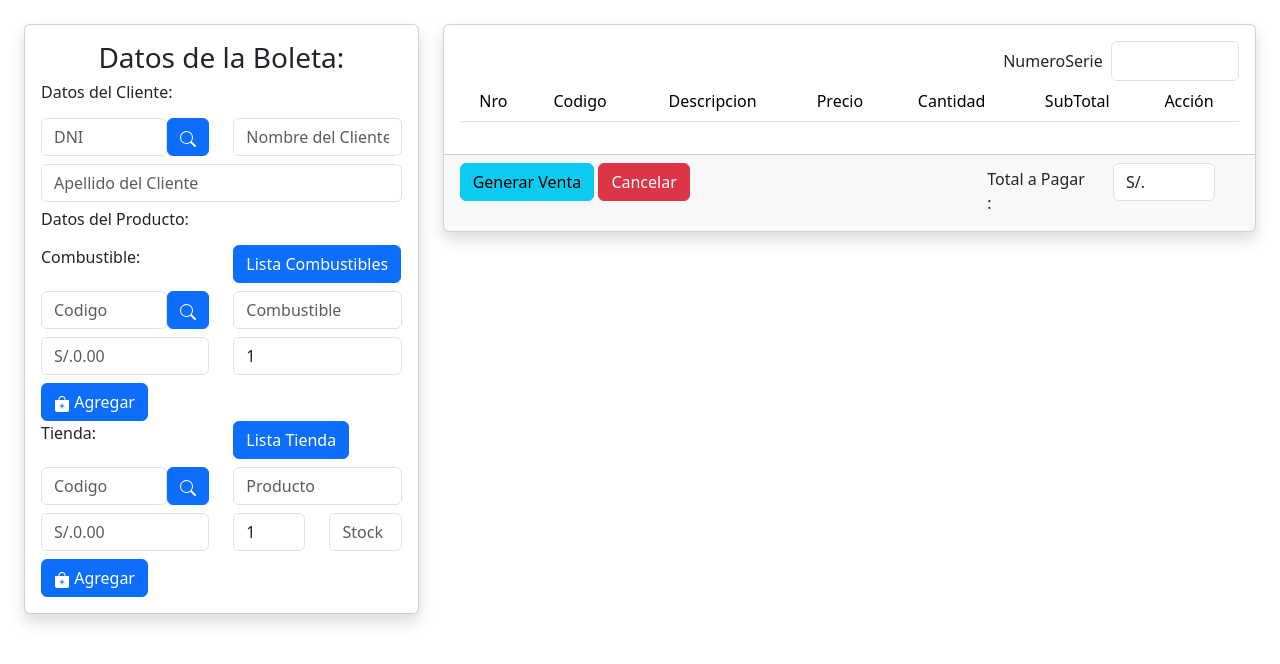
Repository: alexpool1122/evaluaciones
Page: http://localhost/Centenario2023/Ventas.jsp
These files come from the project's save history. The page is drawn as it stood at one moment and after the next save; the edit follows.
The browser window is 1280 px wide. The pictures show the whole page.
The page is served by Tomcat 10. The template is opened directly, without the code that normally fills it, so the values that code supplies are empty.

Above is the page before, as saved 2023-06-29 19:10:48.

After the next save:
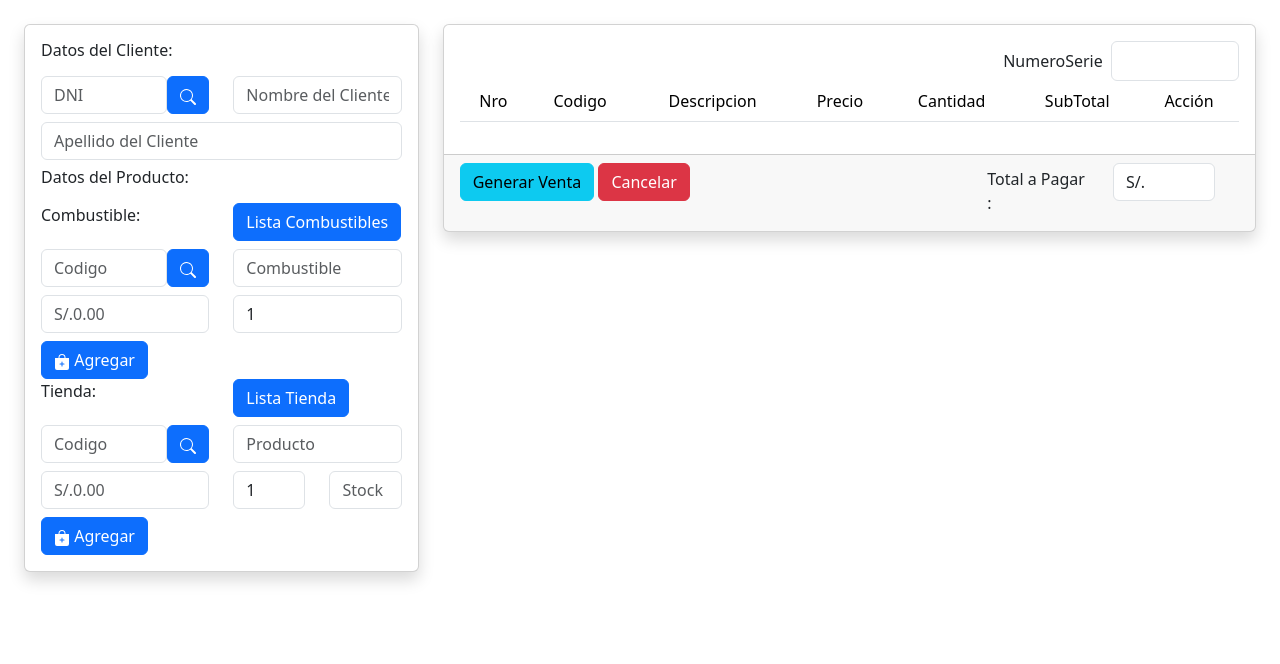
Saved 8 s later.
--- a/ProyectoFinal/Proyecto/Centenario2023/src/main/webapp/Ventas.jsp
+++ b/ProyectoFinal/Proyecto/Centenario2023/src/main/webapp/Ventas.jsp
@@ -36,7 +36,6 @@
 			<div class="col-4">
 				<div class="card shadow">
 					<div class="card-body">
-						<h3 class="text-center">Datos de la Boleta:</h3>
 						<form action="Controlador?menu=Venta" method="post">
 							<div class="form-group row mb-2">
 								<h6>Datos del Cliente:</h6>
